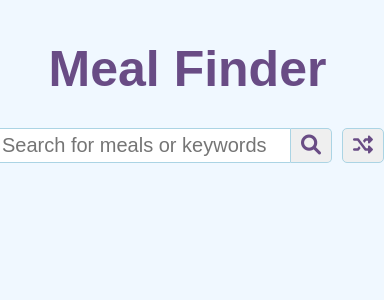
Repository: AbrorjonKuchkarov/search-meal
Page: index.html
These files come from the project's save history. The page is drawn as it stood at one moment and after the next save; the edit follows.
The browser window is 375 px wide. The page is 384 px wide, then 375 px, then 384 px, so the pictures cover 384 px, including what lies to the right of the window. The pictures show the whole page.

Above is the page before, as saved 2022-02-27 11:49:14.

### index.html
<!DOCTYPE html>
<html lang="en">
<head>
   <meta charset="UTF-8">
   <meta http-equiv="X-UA-Compatible" content="IE=edge">
   <meta name="viewport" content="width=device-width, initial-scale=1.0">
   <link rel="stylesheet" href="style.css">
   <link rel="stylesheet" href="https://cdnjs.cloudflare.com/ajax/libs/font-awesome/6.0.0/css/all.min.css">
   <title>Meal Finder</title>
</head>
<body>
   <div class="container">
      <h1>Meal Finder</h1>
      <div class="flex">
         <form id="submit" class="flex" >
            <input type="text" class="search" placeholder="Search for meals or keywords">
            <button id="searchBtn" type="submit" >
               <i class="fas fa-search"></i>
            </button>
         </form>
         <button class="randomBtn" id="random">
            <i class="fas fa-random"></i>
         </button>
      </div>

      <div id="result-handling"></div>
      <div id="meals" class="meals"></div>
      <div id="single-meal"></div>
   </div>


<script src="app.js"></script>
</body>
</html>

### style.css
*{
   box-sizing: border-box;
   margin: 0;
}

body{
   font-family: Arial, Helvetica, sans-serif;
   background-color: aliceblue;
   padding: 10px;
   color: rgb(105, 76, 133);
}

.container{
   margin: auto;
   max-width: 800px;
   display: flex;
   flex-direction: column;
   align-items: center;
   justify-content: center;
   text-align: center;
}

.flex{
   display: flex;
}

h1{
   margin: 30px 0 30px 0;
   font-size: 50px;
}

input, button{
   margin: 0;
   border: 1px solid rgb(171, 212, 228);
   border-top-left-radius: 5px;
   border-bottom-left-radius: 5px;
   padding: 5px 10px;
   font-size: 20px;
   outline: none;
}

input[type='text'] {
   width: 300px;
}

#searchBtn {
   border-left: 0;
   border-radius: 0;
   border-top-right-radius: 5px;
   border-bottom-right-radius: 5px;
   cursor: pointer;
   color: rgb(105, 76, 133);

}

.randomBtn {
   margin-left: 10px;
   border-radius: 5px;
   color: rgb(105, 76, 133);
   cursor: pointer;
}

#result-handling{
   margin: 20px 0;
}

.meals{
   display: grid;
   grid-template-columns: repeat(4, 1fr);
   grid-gap: 20px;
   margin-top: 20px;
}

.meal{
   position: relative;
   text-align: center;
}

.meal img {
   width: 250px;
   border-radius: 15px;
   border-top: 1px solid aliceblue;
   border-left: 1px solid aliceblue;
}

.meal-info {
   font-size: 18px;
   position: absolute;
   top: 0;
   left: 0;
   display: flex ;
   align-items: center;
   justify-content: center;
   height: 100%;
   width: 100%;
   background-color: rgba(0, 0, 0, 0.5);
   color: antiquewhite;
   transition: opacity 0.2s ease-in;
   opacity: 0;
   border-radius: 15px;
}

.meal-info:hover {
   opacity: 1;
   cursor: pointer;
}

@media(max-width: 700px){
   .meals{
      grid-template-columns: repeat(3, fr);
   }
}
@media(max-width: 600px){
   .meals{
      grid-template-columns: repeat(2, 1fr);
   }
}
@media(max-width: 400px){
   .meals{
      grid-template-columns: repeat(1, 1fr);
   }
}

### app.js
const input = document.querySelector('.search');
const randomBtn = document.getElementById('random');
const submit = document.getElementById('submit');

const resultHandling = document.getElementById('result-handling');
const meals = document.getElementById('meals');
const singleMeal = document.getElementById('single-meal');

function searchMeal (e){
   e.preventDefault();

   const inputVal = input.value;

   if(inputVal.trim()){
      fetch(`https://www.themealdb.com/api/json/v1/1/search.php?s=${inputVal}`).then(res => res.json()).then(data => {
         console.log(data);
         resultHandling.innerHTML = `<h2>Search Results for '${inputVal}'...</h2>`

         if(data.meals === null){
            resultHandling.innerHTML = `<h3>There is no such item for '${inputVal}', Please search another meal</h3>`
         }else{
            meals.innerHTML = data.meals.map(meal => `
               <div class='meal'>
                  <img src='${meal.strMealThumb}' alt='${meal.strMeal}' />
                  <div class='meal-info' data-mealid='${meal.idMeal}'>
                     <h3>${meal.strMeal}</h3>
                   </div>
               </div>
            `).join('')
         }
      })
      input.value = '';
   }else{
      alert('Please enter a search term...')
   }
}

submit.addEventListener('submit', searchMeal)

After the next save:
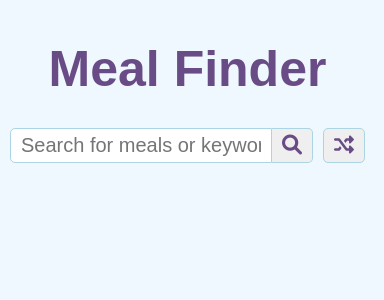
Saved 69 s later.
--- a/style.css
+++ b/style.css
@@ -105,7 +105,7 @@
    cursor: pointer;
 }
 
-@media(max-width: 700px){
+/* @media(max-width: 700px){
    .meals{
       grid-template-columns: repeat(3, fr);
    }
@@ -119,4 +119,24 @@
    .meals{
       grid-template-columns: repeat(1, 1fr);
    }
-}
+} */
+
+@media (max-width: 800px) {
+   .meals {
+     grid-template-columns: repeat(3, 1fr);
+   }
+ }
+ @media (max-width: 700px) {
+   .meals {
+     grid-template-columns: repeat(2, 1fr);
+   }
+
+   .meal {
+     height: 200px;
+     width: 200px;
+   }
+ }
+ @media (max-width: 500px) {
+   input[type='text'] {
+     width: 100%;
+   }

After the 4 saves that followed:
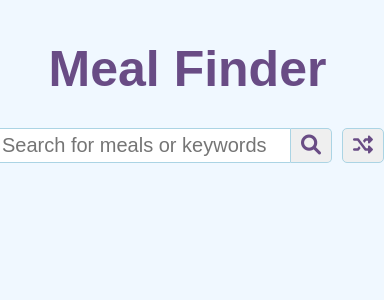
The 4 saves are shown as one change because 3 left the picture as it was.
The last was saved 4 min 1 s later.
--- a/style.css
+++ b/style.css
@@ -105,7 +105,7 @@
    cursor: pointer;
 }
 
-/* @media(max-width: 700px){
+@media(max-width: 700px){
    .meals{
       grid-template-columns: repeat(3, fr);
    }
@@ -115,13 +115,17 @@
       grid-template-columns: repeat(2, 1fr);
    }
 }
-@media(max-width: 400px){
+@media(max-width: 500px){
    .meals{
       grid-template-columns: repeat(1, 1fr);
    }
-} */
 
-@media (max-width: 800px) {
+   input[type ='text']{
+      max-width: 100%;
+   }
+}
+
+/* @media (max-width: 800px) {
    .meals {
      grid-template-columns: repeat(3, 1fr);
    }
@@ -129,14 +133,19 @@
  @media (max-width: 700px) {
    .meals {
      grid-template-columns: repeat(2, 1fr);
-   }
+   } */
 
-   .meal {
+   /* .meal {
      height: 200px;
      width: 200px;
-   }
- }
+   } */
+ /* }
  @media (max-width: 500px) {
    input[type='text'] {
      width: 100%;
    }
+
+   .meals{
+      grid-template-columns: repeat(1, 1fr);
+   }
+} */
